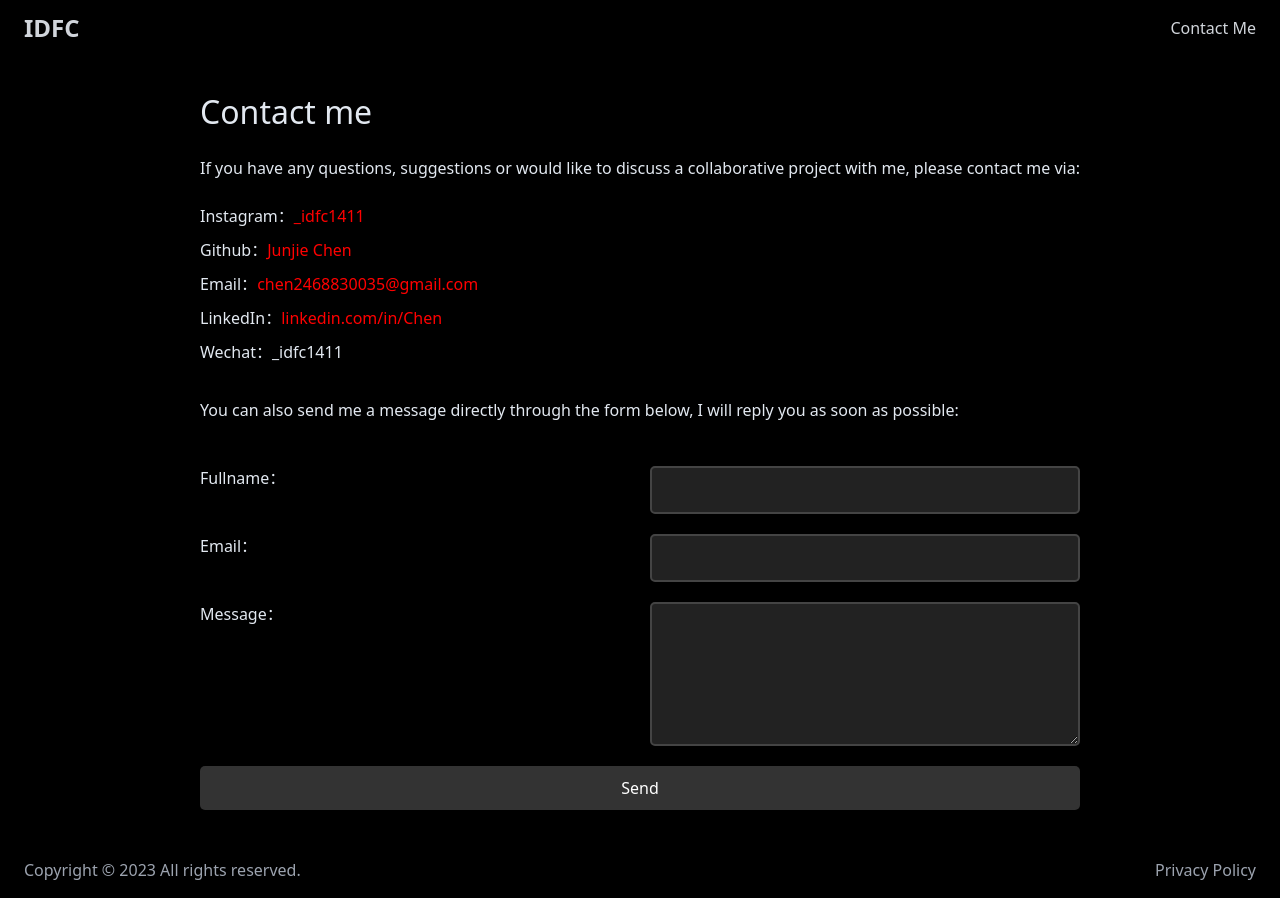
Repository: skybainiao/HackerStarter
Page: htmlFile/me.html
An editor plug-in stored every save of this project. The page is shown before and after the next save, followed by the edit.
The browser window is 1280 px wide. The pictures show the whole page.

Above is the page before, as saved 2023-04-09 17:29:12.
Console error: SyntaxError: Identifier 'send' has already been declared

### htmlFile/me.html
<!DOCTYPE html>
<html lang="zh">
  <head>
    <meta charset="UTF-8">
    <meta name="viewport" content="width=device-width, initial-scale=1.0">
    <title>IDFC</title>
    <link href="https://cdn.jsdelivr.net/npm/tailwindcss@2.2.16/dist/tailwind.min.css" rel="stylesheet">
    <link href="../newCSS/home.css" rel="stylesheet">


  </head>
  <body class="flex flex-col min-h-screen">
    <div class="flex-grow">
        <!-- 导航栏 -->
        <header class="bg-black shadow-md">
          <nav class="container mx-auto px-6 py-3">
              <div class="flex items-center justify-between">
                  <div>
                      <a href="../index.html" class="text-gray-300 text-2xl font-semibold">IDFC</a>
                  </div>
                  <div id="navbarMenu" class="hidden md:flex items-center space-x-4">
                      <a href="me.html" class="text-gray-300 hover:text-white">Contact Me</a>
                  </div>
                  <button id="menuButton" class="md:hidden text-gray-300">
                      <svg xmlns="http://www.w3.org/2000/svg" class="h-6 w-6" fill="none" viewBox="0 0 24 24" stroke="currentColor">
                          <path strokeLinecap="round" strokeLinejoin="round" strokeWidth="2" d="M4 6h16M4 12h16M4 18h16" />
                      </svg>
                  </button>
              </div>
          </nav>
      </header>

         <!-- 主内容 -->
         <main class="container mx-auto px-6 py-8 flex flex-col items-center">
            <section class="contact-me">
                <h1>Contact me</h1>
                <p>If you have any questions, suggestions or would like to discuss a collaborative project with me, please contact me via:</p>
                <br>
                <ul>
                    <li>Instagram：<a href="https://instagram.com/_idfc1411?igshid=YmMyMTA2M2Y=">_idfc1411</a></li>
                    <li>Github：<a href="https://github.com/skybainiao">Junjie Chen</a></li>
                    <li>Email：<a href="mailto:chen2468830035@gmail.com">chen2468830035@gmail.com</a></li>
                    <li>LinkedIn：<a href="https://www.linkedin.com/in/junjie-chen-a6b0a5231/" target="_blank">linkedin.com/in/Chen</a></li>
                    <li>Wechat：_idfc1411</li>
                </ul>
                <br>
                <p>You can also send me a message directly through the form below, I will reply you as soon as possible:</p>
                <br>
                <form action="contact-form.php" method="post">
                    <label for="name">Fullname：</label>
                    <input type="text" id="name" name="name" required>

                    <label for="email">Email：</label>
                    <input type="email" id="email" name="email" required>

                    <label for="message">Message：</label>
                    <textarea id="message" name="message" rows="5" required></textarea>

                    <input id="send" type="submit" onclick="send();" value="Send">
                </form>
            </section>
        </main>
    </div>

    <!-- 页脚 -->
    <footer class="bg-black shadow-md">
        <div class="container mx-auto px-6 py-4">
            <div class="flex justify-between items-center">
                <div>
                    <p class="text-gray-400">Copyright © 2023 All rights reserved.</p>
                </div>
                <div>
                    <a href="#" class="text-gray-400 hover:text-gray-300">Privacy Policy</a>
                </div>
            </div>
        </div>
    </footer>
    <script>
    let name=document.getElementById('name');
    let email=document.getElementById('email');
    let message=document.getElementById('message');
    let send=document.getElementById('send');


    function send(){
        var message = {
            "username":name.data,
            "content":"message:"+name.data+","+email.data+","+message.data,
            "time":date.toLocaleString(),
           }

           $.ajax({
            type:'post',
            url:'https://www.hackerstarters.com/send',
            data:JSON.stringify(message),
            dataType:"text",
            contentType:"application/json",
            success(data){
             send.data="snet"
            },
            error(err){
             console.log(err);
             comment(err);
           }
          });
    }

    </script>

  <style>
      /* 标题样式 */
h1 {
    font-size: 2rem;
    margin-bottom: 20px;
}

/* 联系我页面样式 */
.contact-me ul {
    list-style-type: none;
    padding: 0;
}

.contact-me ul li {
    margin-bottom: 10px;
}

.contact-me form {
    display: grid;
    grid-template-columns: repeat(2, 1fr);
    grid-gap: 20px;
    margin-top: 20px;
}

.contact-me form label,
.contact-me form input,
.contact-me form textarea {
    display: block;
    width: 100%;
}

.contact-me form input[type="submit"] {
    grid-column: span 2;
    background-color: #333;
    color: #fff;
    padding: 10px;
    border: none;
    cursor: pointer;
}

.contact-me form input[type="submit"]:hover {
    background-color: #444;
}

.contact-me form input,
.contact-me form textarea {
    background-color: #222;
    color: #fff;
    border: 2px solid #444;
    border-radius: 5px;
    padding: 10px;
}

.contact-me form input:focus,
.contact-me form textarea:focus {
    outline: none;
    box-shadow: 0 0 5px rgba(81, 203, 238, 1);
    border-color: #81CBEE;
}
  </style>




</body>
</html>

### newCSS/home.css
#h1Text{

}

.image-container {
    position: relative;
    overflow: hidden;
}

.image-container img {
    width: 100%;
    height: auto;
}

.floating-text {
    position: absolute;
    bottom: 0;
    left: 0;
    width: 100%;
    padding: 2rem;
    text-align: center;
    background-color: rgba(0, 0, 0, 0.5);
    color: white;
    font-size: 1.5rem;
    font-weight: bold;
    text-transform: uppercase;
}


.artistic-text {
    font-family: 'Lobster', cursive;
    text-align: center;
    font-size: 35px;
    letter-spacing: 3px;
    text-shadow: 2px 2px 5px rgba(0, 0, 0, 0.5);
}

/* 暗色调 */
body {
  background-color: #000000;
  color: #e2e8f0;
}

.header,
.footer {
  background-color: #000000;
}

a, .header a, .footer a {
  color: #ff0000;
}

a:hover, .header a:hover, .footer a:hover {
  color: #ff0000;
}

After the next save:
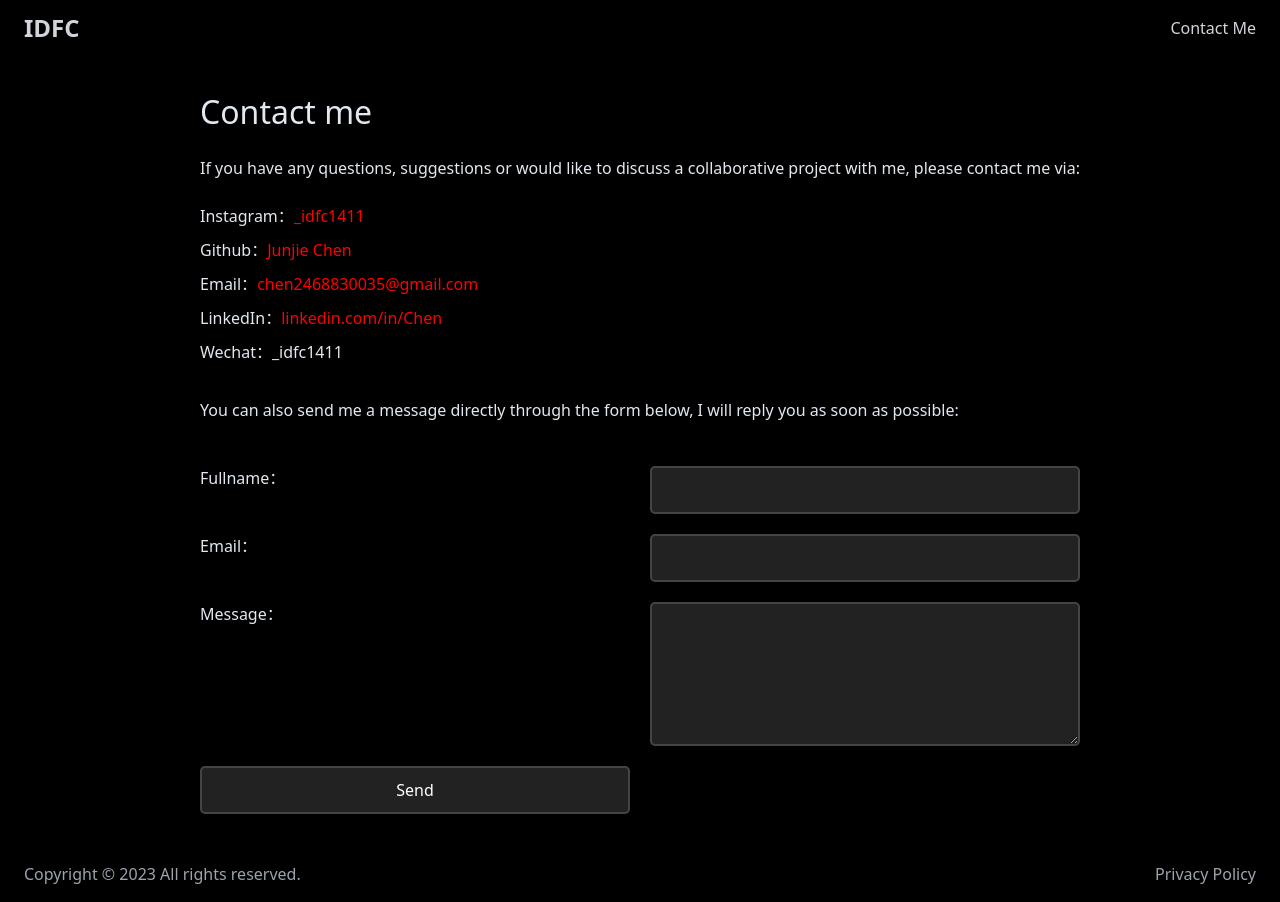
Saved 36 s later.
--- a/htmlFile/me.html
+++ b/htmlFile/me.html
@@ -56,7 +56,7 @@
                     <label for="message">Message：</label>
                     <textarea id="message" name="message" rows="5" required></textarea>
 
-                    <input id="send" type="submit" onclick="send();" value="Send">
+                    <input id="send" type="button" onclick="send();" value="Send">
                 </form>
             </section>
         </main>

After the save that followed:
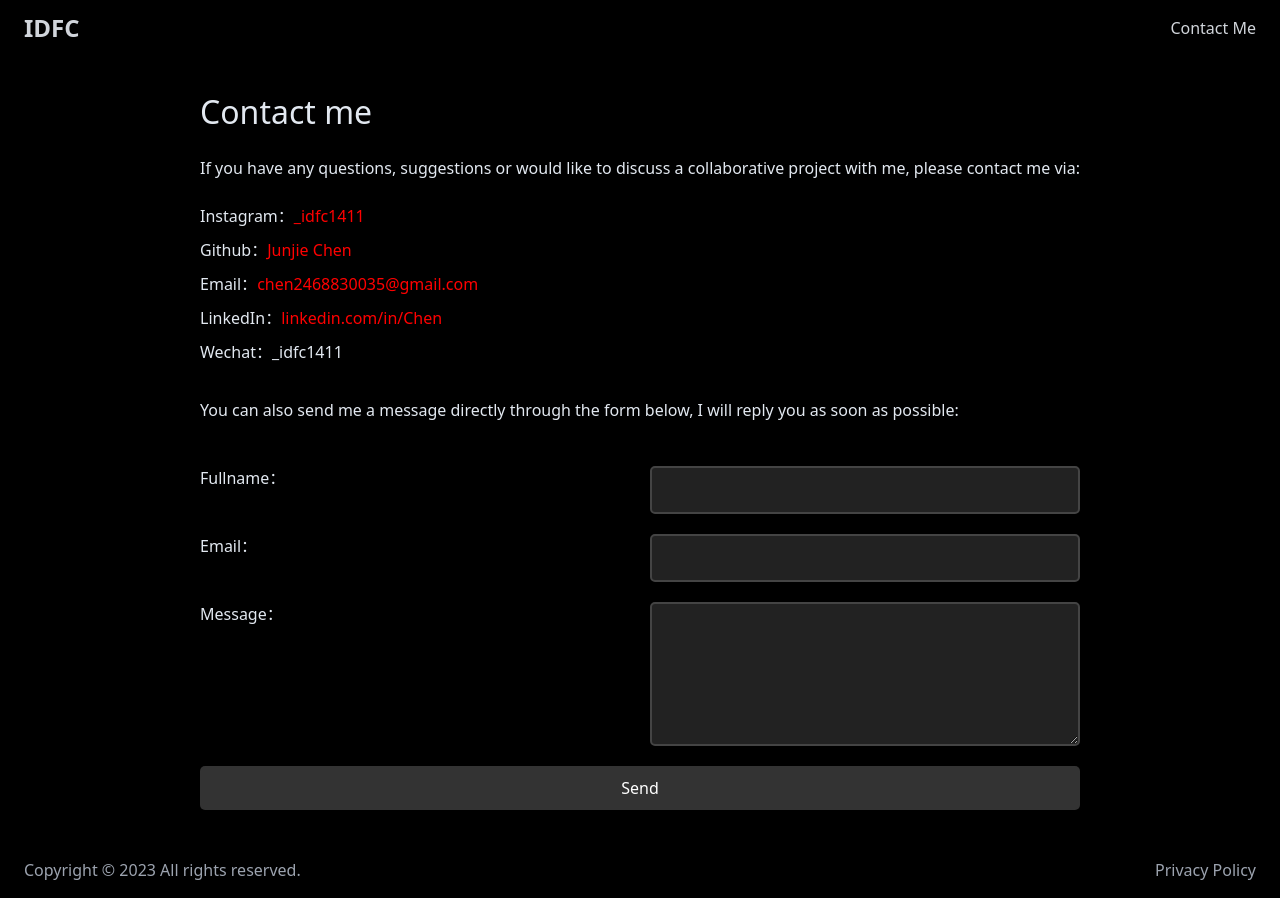
Saved 2 min 9 s later.
--- a/htmlFile/me.html
+++ b/htmlFile/me.html
@@ -56,7 +56,7 @@
                     <label for="message">Message：</label>
                     <textarea id="message" name="message" rows="5" required></textarea>
 
-                    <input id="send" type="button" onclick="send();" value="Send">
+                    <input id="send" type="submit" onclick="send();" value="Send">
                 </form>
             </section>
         </main>
